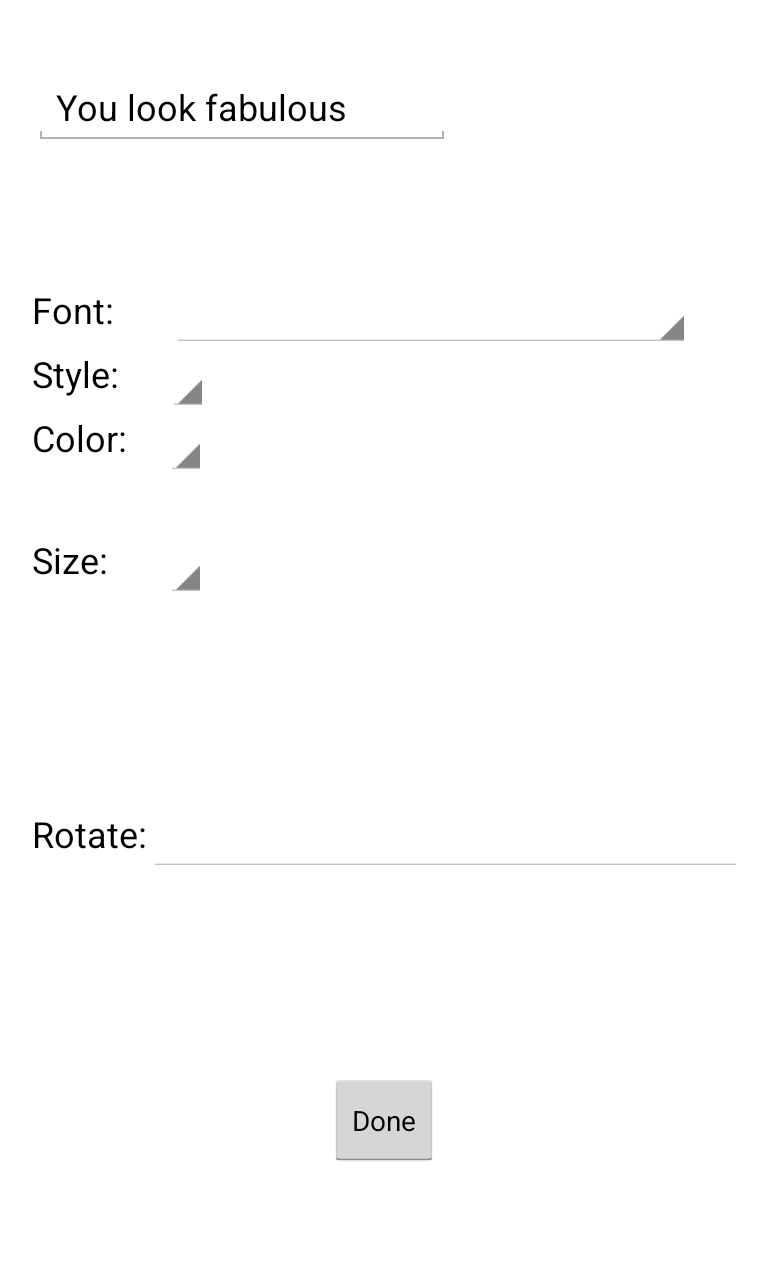
Repository: rtyanas/MyPics
Layout: workspace/MyPic/res/layout/activity_settings.xml
An editor plug-in stored every save of this project. The layout is shown before and after the next save, followed by the edit.
It is drawn on a 768 x 1280 px phone screen (xhdpi) without system bars, with theme AppTheme; the app's code is not run.

Above is the layout before, as saved 2013-12-17 19:36:10.

### workspace/MyPic/res/layout/activity_settings.xml
<RelativeLayout xmlns:android="http://schemas.android.com/apk/res/android"
    xmlns:tools="http://schemas.android.com/tools"
    android:id="@+id/message"
    android:layout_width="match_parent"
    android:layout_height="match_parent"
    android:paddingBottom="@dimen/activity_vertical_margin"
    android:paddingLeft="@dimen/activity_horizontal_margin"
    android:paddingRight="@dimen/activity_horizontal_margin"
    android:paddingTop="@dimen/activity_vertical_margin"
    tools:context=".SettingsActivity" >

    <EditText
        android:id="@+id/editText1"
        android:layout_width="wrap_content"
        android:layout_height="wrap_content"
        android:layout_alignParentTop="true"
        android:layout_marginTop="18dp"
        android:ems="10"
        android:text="@string/fabulous" />

    <Button
        android:id="@+id/done"
        style="?android:attr/buttonStyleSmall"
        android:layout_width="wrap_content"
        android:layout_height="wrap_content"
        android:layout_alignParentBottom="true"
        android:layout_centerHorizontal="true"
        android:layout_marginBottom="40dp"
        android:text="@string/done" />

    <LinearLayout
        android:id="@+id/linearLayout2"
        android:layout_width="wrap_content"
        android:layout_height="wrap_content"
        android:layout_alignLeft="@+id/linearLayout1"
        android:layout_below="@+id/linearLayout1" >

        <TextView
            android:id="@+id/textView1"
            android:layout_width="67dp"
            android:layout_height="wrap_content"
            android:text="@string/style"
            android:textAppearance="?android:attr/textAppearanceMedium" />

        <Spinner
            android:id="@+id/style"
            android:layout_width="wrap_content"
            android:layout_height="wrap_content"
            android:layout_weight="1" />
    </LinearLayout>

    <LinearLayout
        android:id="@+id/linearLayout3"
        android:layout_width="wrap_content"
        android:layout_height="wrap_content"
        android:layout_alignLeft="@+id/linearLayout2"
        android:layout_below="@+id/linearLayout2" >

        <TextView
            android:id="@+id/textView3"
            android:layout_width="66dp"
            android:layout_height="wrap_content"
            android:text="@string/color_label"
            android:textAppearance="?android:attr/textAppearanceMedium" />

        <Spinner
            android:id="@+id/color"
            android:layout_width="wrap_content"
            android:layout_height="wrap_content"
            android:layout_weight="1" />
    </LinearLayout>

    <LinearLayout
        android:id="@+id/linearLayout1"
        android:layout_width="wrap_content"
        android:layout_height="wrap_content"
        android:layout_alignLeft="@+id/editText1"
        android:layout_below="@+id/editText1"
        android:layout_marginTop="69dp" >

        <TextView
            android:id="@+id/textView2"
            android:layout_width="69dp"
            android:layout_height="wrap_content"
            android:text="@string/font"
            android:textAppearance="?android:attr/textAppearanceMedium" />

        <Spinner
            android:id="@+id/font"
            android:layout_width="261dp"
            android:layout_height="wrap_content" />
    </LinearLayout>

    <LinearLayout
        android:layout_width="wrap_content"
        android:layout_height="wrap_content"
        android:layout_alignLeft="@+id/linearLayout4"
        android:layout_below="@+id/linearLayout4"
        android:layout_marginTop="44dp" >

        <TextView
            android:id="@+id/textView5"
            android:layout_width="wrap_content"
            android:layout_height="wrap_content"
            android:text="@string/rotate_label"
            android:textAppearance="?android:attr/textAppearanceMedium" />

        <Spinner
            android:id="@+id/rotate"
            android:layout_width="364dp"
            android:layout_height="wrap_content" />
    </LinearLayout>

    <LinearLayout
        android:id="@+id/linearLayout4"
        android:layout_width="wrap_content"
        android:layout_height="wrap_content"
        android:layout_alignLeft="@+id/linearLayout3"
        android:layout_below="@+id/linearLayout3"
        android:layout_marginTop="29dp" >

        <TextView
            android:id="@+id/textView4"
            android:layout_width="66dp"
            android:layout_height="wrap_content"
            android:text="@string/size_label"
            android:textAppearance="?android:attr/textAppearanceMedium" />

        <Spinner
            android:id="@+id/size"
            android:layout_width="wrap_content"
            android:layout_height="wrap_content"
            android:layout_marginBottom="61dp" />
    </LinearLayout>

</RelativeLayout>

### workspace/MyPic/res/values/strings.xml
<?xml version="1.0" encoding="utf-8"?>
<resources>

    <string name="app_name">MyPic</string>
    <string name="action_settings">Settings</string>
    <string name="hello_world">Hello world!</string>
    <string name="fabulous">You look fabulous</string>
    <string name="my_pic_image">myPic Image</string>
    <string name="get_image">Get Image</string>
    <string name="title_activity_get_image">GetImageActivity</string>
    <string name="title_activity_settings">SettingsActivity</string>
    <string name="init_text">You are fabulous</string>
    <string name="done">Done</string>
    <string-array name="Fonts">
        <item >Normal</item>
        <item >Monospace</item>
        <item >Sans Serif</item>
        <item >Serif</item>
    </string-array>
    <string-array name="Color">
        <item >Black</item>
        <item >Red</item>
        <item >Green</item>
        <item >White</item>
        <item >Blue</item>
        <item >Grey</item>
        <item >Cyan</item>
        <item >Dark Gray</item>
        <item >Magenta</item>
        <item >Transparent</item>
        <item >Yellow</item>
    </string-array>
    <string-array name="Style">
        <item >Bold</item>
        <item >Bold Italic</item>
        <item >Italic</item>
        <item >Normal</item>
    </string-array>
    <string-array name="Size">
        <item >12</item>
        <item >16</item>
        <item >18</item>
        <item >24</item>
        <item >28</item>
        <item >32</item>
        <item >36</item>
        <item >40</item>
    </string-array>
    <string-array name="Rotate">
        <item >0</item>
        <item >-90</item>
        <item >90</item>
    </string-array>
        <string name="font">Font:</string>
        <string name="style">Style:</string>
        <string name="color_label">Color:</string>
        <string name="size_label">Size:</string>
        <string name="rotate_label">Rotate:</string>

</resources>

Loaded but not shown: workspace/MyPic/res/values/styles.xml (common file); workspace/MyPic/res/values-v11/styles.xml (common file); workspace/MyPic/res/values-v14/styles.xml (common file); workspace/MyPic/res/values/dimens.xml (common file)

After the next save:
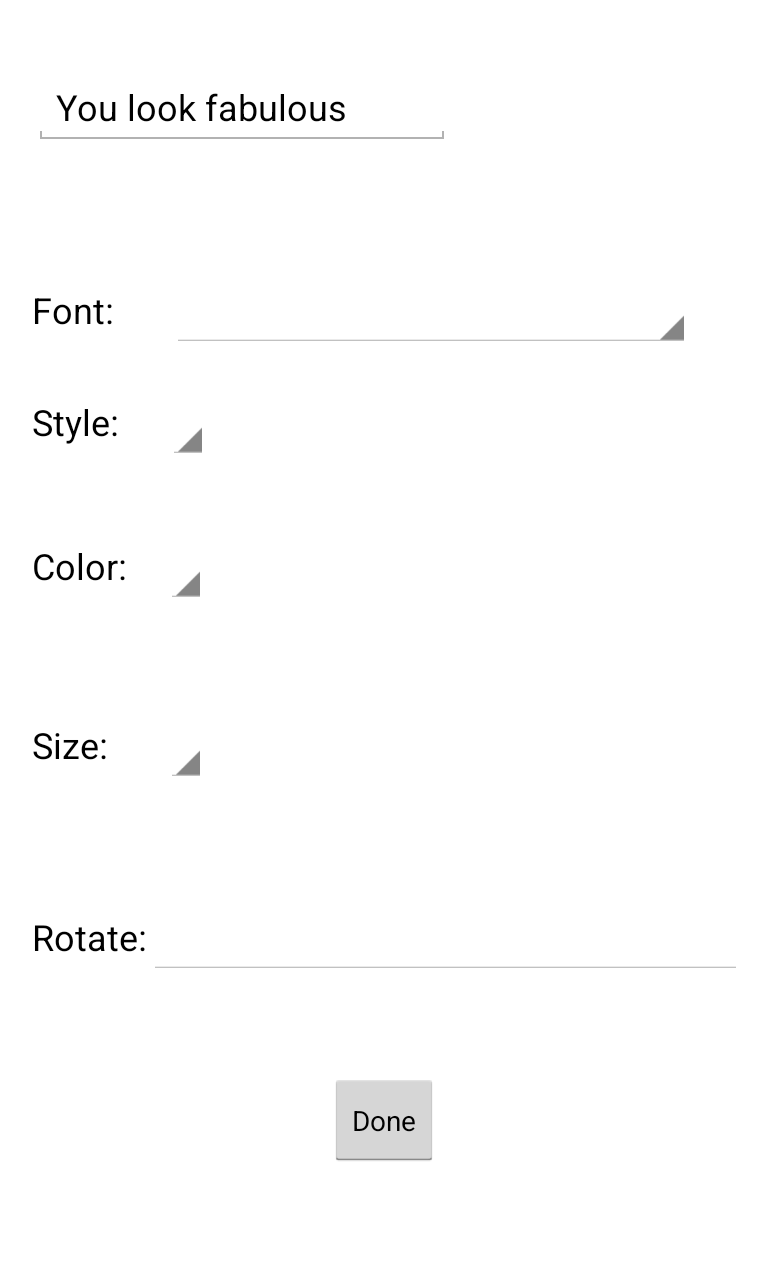
Saved 61 s later.
--- a/workspace/MyPic/res/layout/activity_settings.xml
+++ b/workspace/MyPic/res/layout/activity_settings.xml
@@ -29,48 +29,6 @@
         android:text="@string/done" />
 
     <LinearLayout
-        android:id="@+id/linearLayout2"
-        android:layout_width="wrap_content"
-        android:layout_height="wrap_content"
-        android:layout_alignLeft="@+id/linearLayout1"
-        android:layout_below="@+id/linearLayout1" >
-
-        <TextView
-            android:id="@+id/textView1"
-            android:layout_width="67dp"
-            android:layout_height="wrap_content"
-            android:text="@string/style"
-            android:textAppearance="?android:attr/textAppearanceMedium" />
-
-        <Spinner
-            android:id="@+id/style"
-            android:layout_width="wrap_content"
-            android:layout_height="wrap_content"
-            android:layout_weight="1" />
-    </LinearLayout>
-
-    <LinearLayout
-        android:id="@+id/linearLayout3"
-        android:layout_width="wrap_content"
-        android:layout_height="wrap_content"
-        android:layout_alignLeft="@+id/linearLayout2"
-        android:layout_below="@+id/linearLayout2" >
-
-        <TextView
-            android:id="@+id/textView3"
-            android:layout_width="66dp"
-            android:layout_height="wrap_content"
-            android:text="@string/color_label"
-            android:textAppearance="?android:attr/textAppearanceMedium" />
-
-        <Spinner
-            android:id="@+id/color"
-            android:layout_width="wrap_content"
-            android:layout_height="wrap_content"
-            android:layout_weight="1" />
-    </LinearLayout>
-
-    <LinearLayout
         android:id="@+id/linearLayout1"
         android:layout_width="wrap_content"
         android:layout_height="wrap_content"
@@ -92,11 +50,33 @@
     </LinearLayout>
 
     <LinearLayout
+        android:id="@+id/linearLayout4"
         android:layout_width="wrap_content"
         android:layout_height="wrap_content"
+        android:layout_above="@+id/done"
+        android:layout_alignLeft="@+id/linearLayout3"
+        android:layout_marginBottom="83dp" >
+
+        <TextView
+            android:id="@+id/textView4"
+            android:layout_width="66dp"
+            android:layout_height="wrap_content"
+            android:text="@string/size_label"
+            android:textAppearance="?android:attr/textAppearanceMedium" />
+
+        <Spinner
+            android:id="@+id/size"
+            android:layout_width="wrap_content"
+            android:layout_height="wrap_content"
+            android:layout_marginBottom="61dp" />
+    </LinearLayout>
+
+    <LinearLayout
+        android:layout_width="wrap_content"
+        android:layout_height="wrap_content"
+        android:layout_above="@+id/done"
         android:layout_alignLeft="@+id/linearLayout4"
-        android:layout_below="@+id/linearLayout4"
-        android:layout_marginTop="44dp" >
+        android:layout_marginBottom="48dp" >
 
         <TextView
             android:id="@+id/textView5"
@@ -112,25 +92,47 @@
     </LinearLayout>
 
     <LinearLayout
-        android:id="@+id/linearLayout4"
+        android:id="@+id/linearLayout3"
         android:layout_width="wrap_content"
         android:layout_height="wrap_content"
-        android:layout_alignLeft="@+id/linearLayout3"
-        android:layout_below="@+id/linearLayout3"
-        android:layout_marginTop="29dp" >
+        android:layout_alignLeft="@+id/linearLayout2"
+        android:layout_below="@+id/linearLayout2"
+        android:layout_marginTop="40dp" >
 
         <TextView
-            android:id="@+id/textView4"
+            android:id="@+id/textView3"
             android:layout_width="66dp"
             android:layout_height="wrap_content"
-            android:text="@string/size_label"
+            android:text="@string/color_label"
             android:textAppearance="?android:attr/textAppearanceMedium" />
 
         <Spinner
-            android:id="@+id/size"
+            android:id="@+id/color"
             android:layout_width="wrap_content"
             android:layout_height="wrap_content"
-            android:layout_marginBottom="61dp" />
+            android:layout_weight="1" />
+    </LinearLayout>
+
+    <LinearLayout
+        android:id="@+id/linearLayout2"
+        android:layout_width="wrap_content"
+        android:layout_height="wrap_content"
+        android:layout_alignLeft="@+id/linearLayout1"
+        android:layout_below="@+id/linearLayout1"
+        android:layout_marginTop="24dp" >
+
+        <TextView
+            android:id="@+id/textView1"
+            android:layout_width="67dp"
+            android:layout_height="wrap_content"
+            android:text="@string/style"
+            android:textAppearance="?android:attr/textAppearanceMedium" />
+
+        <Spinner
+            android:id="@+id/style"
+            android:layout_width="wrap_content"
+            android:layout_height="wrap_content"
+            android:layout_weight="1" />
     </LinearLayout>
 
 </RelativeLayout>
